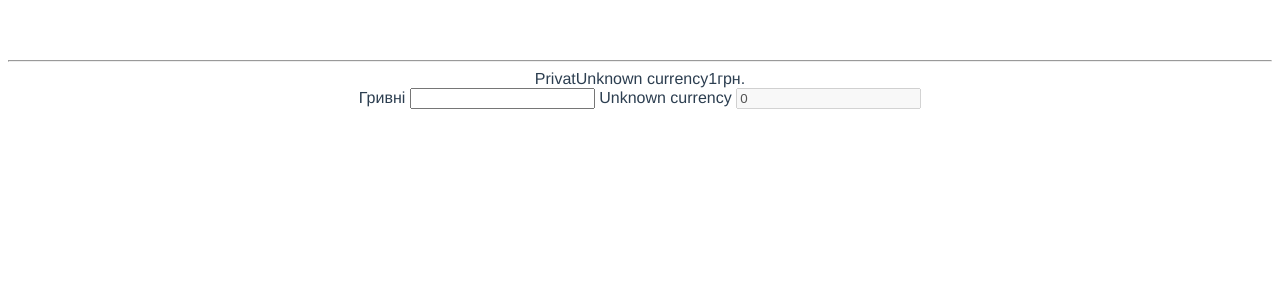
Repository: KYUUBI-K/HTML
Page: / (app in За 2 курс/VUe.js/kichen/)
The author's editor kept a copy of each file at every save. The page is drawn from the files as they stood at one save, then again after the next save.
The browser window is 1280 px wide. The pictures show the whole page.
The project was rebuilt for these pictures with package versions that can differ from the ones it lists, and the page was loaded fresh each time.

Above is the page before, as saved 2021-09-15 12:04:48.

After the next save:
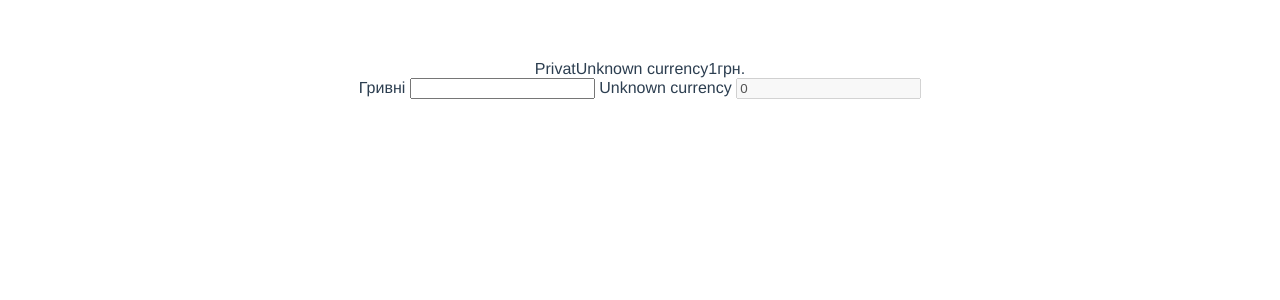
Saved 7 s later.
--- a/За 2 курс/VUe.js/kichen/src/App.vue
+++ b/За 2 курс/VUe.js/kichen/src/App.vue
@@ -1,6 +1,5 @@
 <template>
   <div id="app">
-<hr>
 <converter
   bank-title = 'Privat'
   curency-title = 'Dollars'

After the 2 saves that followed:
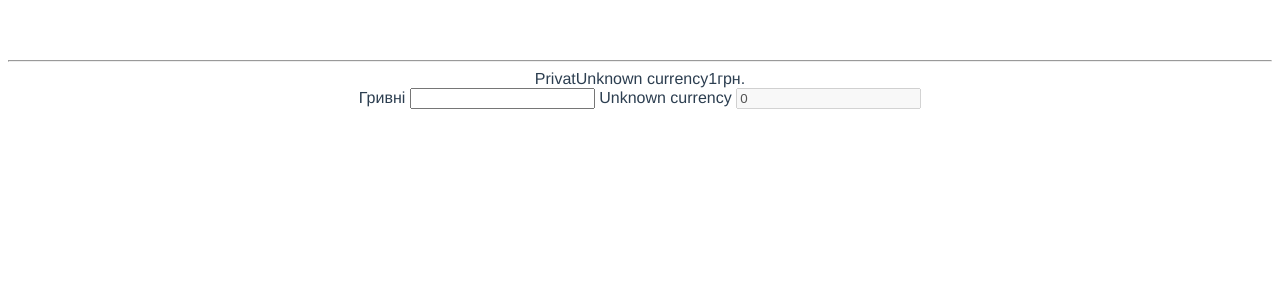
The 2 saves are shown as one change because they came seconds apart.
The last was saved 8 s later.
--- a/За 2 курс/VUe.js/kichen/src/App.vue
+++ b/За 2 курс/VUe.js/kichen/src/App.vue
@@ -1,5 +1,6 @@
 <template>
   <div id="app">
+<hr>
 <converter
   bank-title = 'Privat'
   curency-title = 'Dollars'
